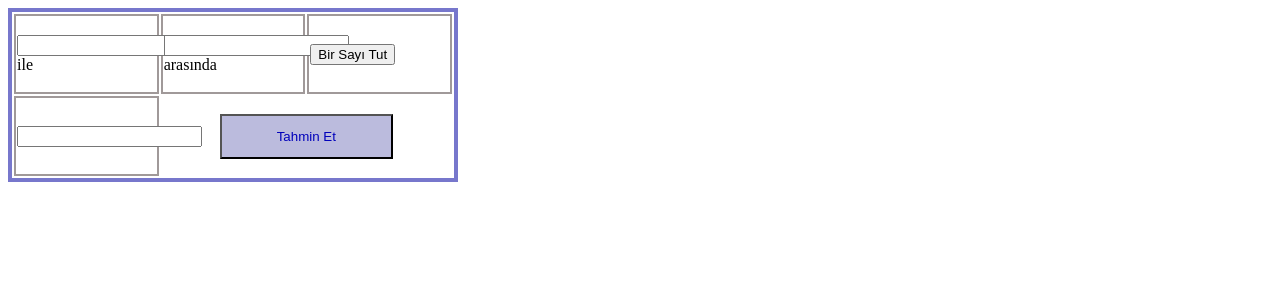
Repository: emrebolukbas/.js-Training-Tobeto
Page: 4-oyunBirSayiTut/public/oyunBirSayiTut.html
An editor plug-in stored every save of this project. The page is shown before and after the next save, followed by the edit.
The browser window is 1280 px wide. The pictures show the whole page.

Above is the page before, as saved 2023-10-08 21:04:13.
Console error: ReferenceError: sayfaYukle is not defined

### 4-oyunBirSayiTut/public/oyunBirSayiTut.html
<!DOCTYPE html>
<html>
<head>
	<meta charset="UTF-8">
	<title> 4-Oyun Bir Sayı Tut 1.0 </title>
	<link rel="stylesheet" href="oyunBirSayiTut.css">
	<script type="text/javascript" src="oyunBirSayiTut.js"></script>
</head>
<body onload="sayfaYukle();">

	<table class="table-1">
		<tr class="tr-1">
			<td class="td-1">
				<input id="input-1" type="number">
				<label for="input-1">ile</label>
			</td>
			<td class="td-1">
				<input id="input-2" type="number">
				<label for="input-2">arasında</label>
			</td>
			<td class="td-1">
				<button type="button" onclick="yeniSayiTut();"> Bir Sayı Tut </button>
			</td>
		</tr>
		<tr class="tr-1">
			<td class="td-1">
				<input id="input-3" type="number">
			</td>
			<td class="td-2" colspan="2">
				<button id="button-1" class="button-1" type="button" onclick="tahminEt();"> Tahmin Et </button>
			</td>
		</tr>
	</table>

	<br/>
	<div class="div-1">
		<p id="p-1" class="p-1"></p>
	</div>
</body>
</html>

### 4-oyunBirSayiTut/public/oyunBirSayiTut.css
@charset "UTF-8";

table.table-1 {
	width: 450px;
	table-layout: fixed;
	border: solid #77c 4px;
}

tr.tr-1 {
	height: 80px;
	vertical-align: middle;
}

td.td-1 {
	border: solid #a09999 2px;
}
td.td-2 {
	text-align: center;
}

button.button-1 {
	color: #00b;
	background-color: #bbd;
	height: 45px;
	width: 60%;
}

div.div-1 {
	font: oblique;
	font-weight: 600;
	font-size: 18px;
	color: rgb(0, 128, 128);
}

Loaded but not shown: 4-oyunBirSayiTut/public/oyunBirSayiTut.js (common file)

After the next save:
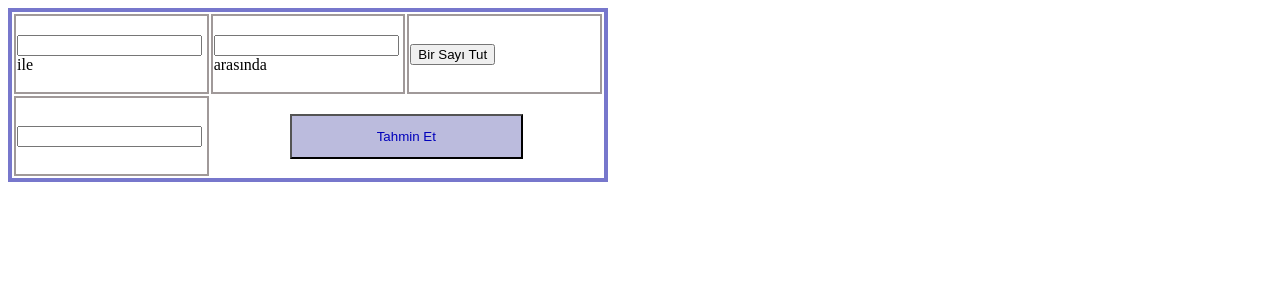
Saved 11 s later.
--- a/4-oyunBirSayiTut/public/oyunBirSayiTut.css
+++ b/4-oyunBirSayiTut/public/oyunBirSayiTut.css
@@ -1,7 +1,7 @@
 @charset "UTF-8";
 
 table.table-1 {
-	width: 450px;
+	width: 600px;
 	table-layout: fixed;
 	border: solid #77c 4px;
 }
